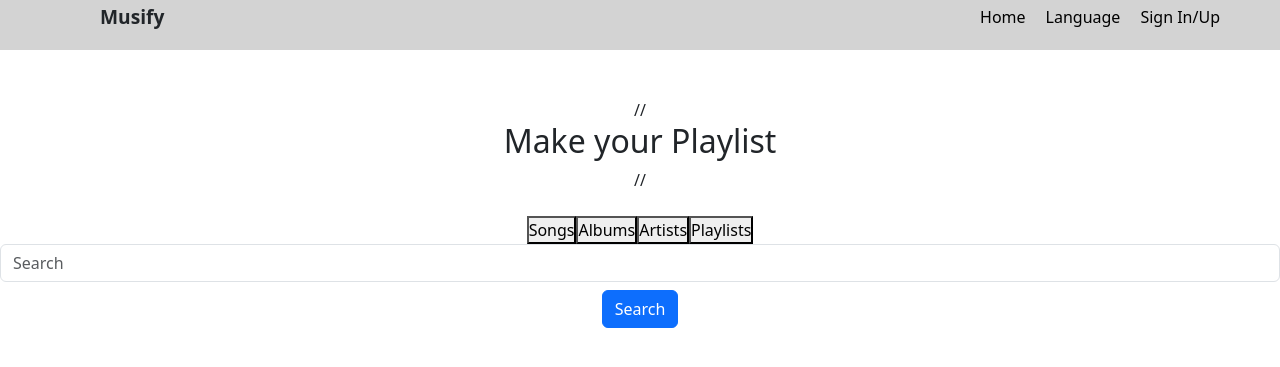
Repository: yuqiant/musify
Page: / (app in musify/)
These files come from the project's save history. The page is drawn as it stood at one moment and after the next save; the edit follows.
The browser window is 1280 px wide. The pictures show the whole page.
The project was rebuilt for these pictures with package versions that can differ from the ones it lists, and the page was loaded fresh each time. Also part of the build but not shown: musify/src/result/index.js.

Above is the page before, as saved 2023-12-08 02:10:26.

After the next save:
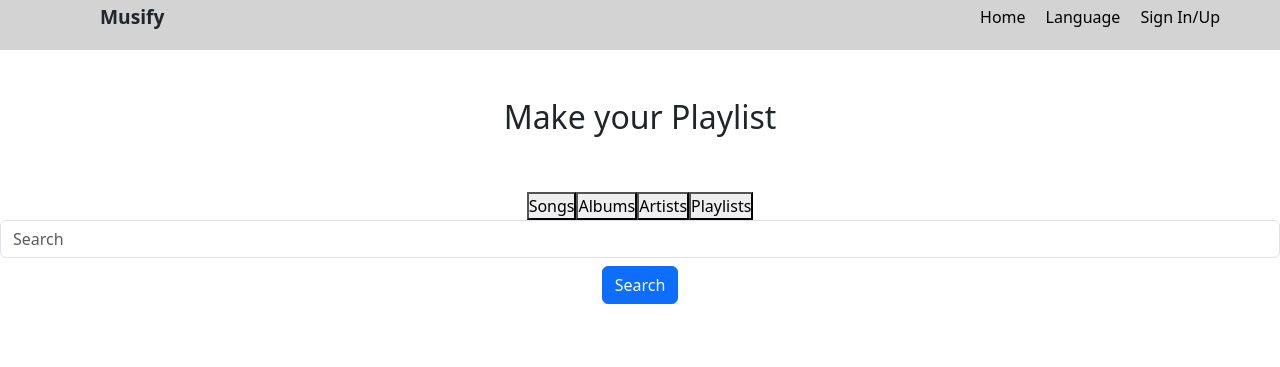
Saved 7 s later.
--- a/musify/src/home/index.js
+++ b/musify/src/home/index.js
@@ -171,8 +171,8 @@ function Home() {
             <div className="search-section">
                 <Navbar />
                 <br /><br />
-//                 <h2 className="playlist-heading">Make your Playlist</h2>
-//                 <br /><br />
+                <h2 className="playlist-heading">Make your Playlist</h2>
+                <br /><br />
 
                 <div className="search-types">
                     {['Songs', 'Albums', 'Artists', 'Playlists'].map((type) => (
